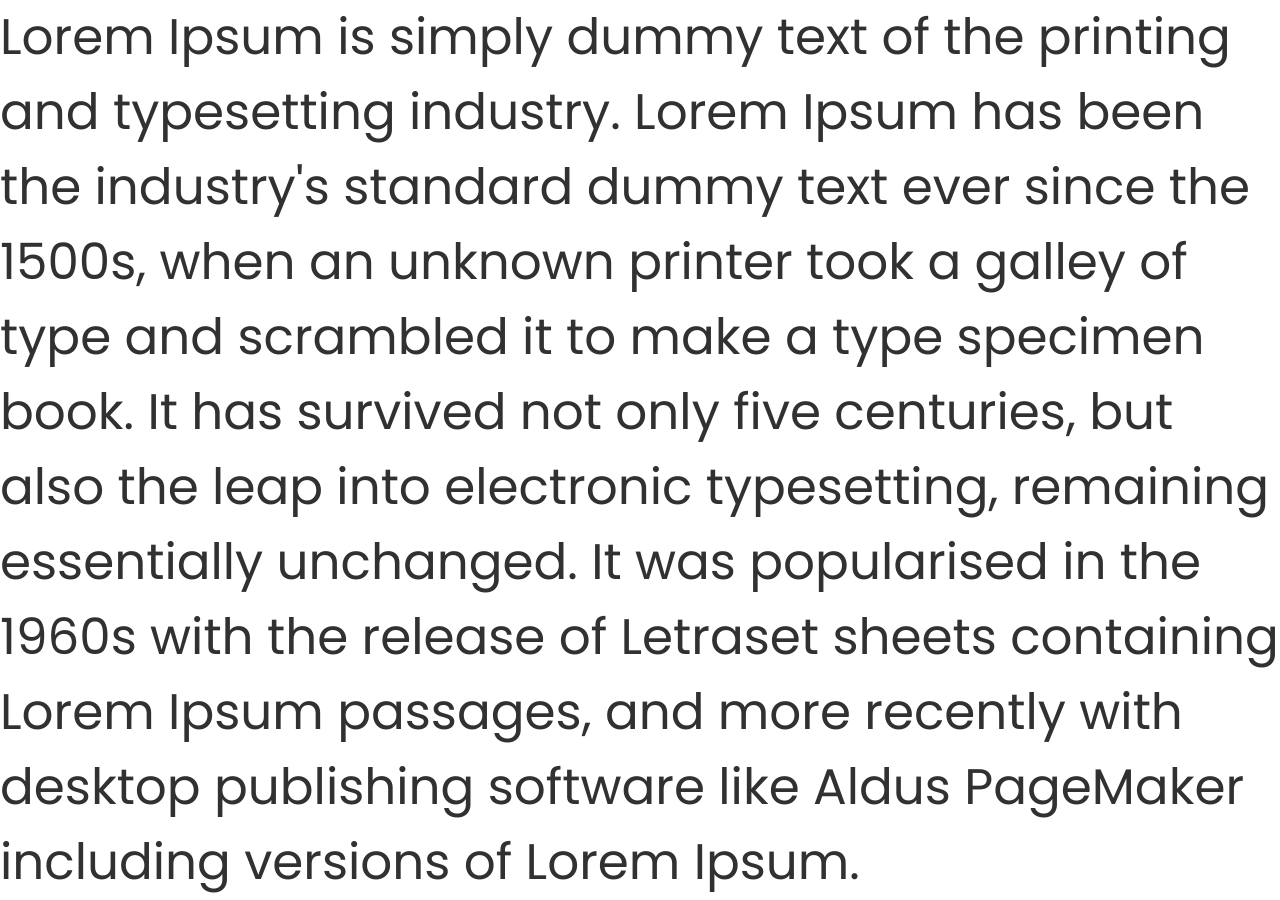
Repository: AbiezerSidonioJoseOdanacaJunior/projeto-travelgram
Page: index.html
An editor plug-in stored every save of this project. The page is shown before and after the next save, followed by the edit.
The browser window is 1280 px wide. The pictures show the whole page.
Some web fonts or font styles are not loaded; a fallback is used.

Above is the page before, as saved 2024-11-12 15:40:27.

### index.html
<!DOCTYPE html>
<html lang="pt-br">
<head>
    <meta charset="UTF-8">
    <meta name="viewport" content="width=device-width, initial-scale=1.0">
    <link rel="preconnect" href="https://fonts.googleapis.com">
    <link rel="preconnect" href="https://fonts.gstatic.com" crossorigin>
    <title>Travelgram</title>
    <link rel="stylesheet" href="styles/global.css">
    <link href="https://fonts.googleapis.com/css2?family=Alice&family=Playfair+Display:ital,wght@0,400..900;1,400..900&family=Poppins:wght@400;700&display=swap" rel="stylesheet">
</head>
<body>
    <p>Lorem Ipsum is simply dummy text of the printing and typesetting industry. Lorem Ipsum has been the industry's standard dummy text ever since the 1500s, when an unknown printer took a galley of type and scrambled it to make a type specimen book. It has survived not only five centuries, but also the leap into electronic typesetting, remaining essentially unchanged. It was popularised in the 1960s with the release of Letraset sheets containing Lorem Ipsum passages, and more recently with desktop publishing software like Aldus PageMaker including versions of Lorem Ipsum.</p>

</body>
</html>

### styles/global.css
* {
    padding: 0;
    margin: 0;
    box-sizing: border-box;
}

:root {
    --brand-clor: #EF5F4C;
    --backgoround-clor: #FFFFFF;
    --surface-color: #F5F5F5;
    --skeleton-color: #D9D9D9;
    --shape-tranparency: #ffffff90;
    --text-color-primary: #313131;
    --text-color-secondary: #6C6C6C;
    --font-family: "Poppins", sans-serif;
    --text: 16px/150% var(--font-family);
    --text-lg: bold 32px/125% var(--font-family);
    --text-md: 14px/170% var(--font-family);
    --text-sm: 12px/170% var(--font-family) ;

}

body {
    color: var(--text-color-primary);
    background-color: var(--backgoround-clor);
}

p{
    font-family: var(--font-family);
    font-size: 50px;
}

After the next save:
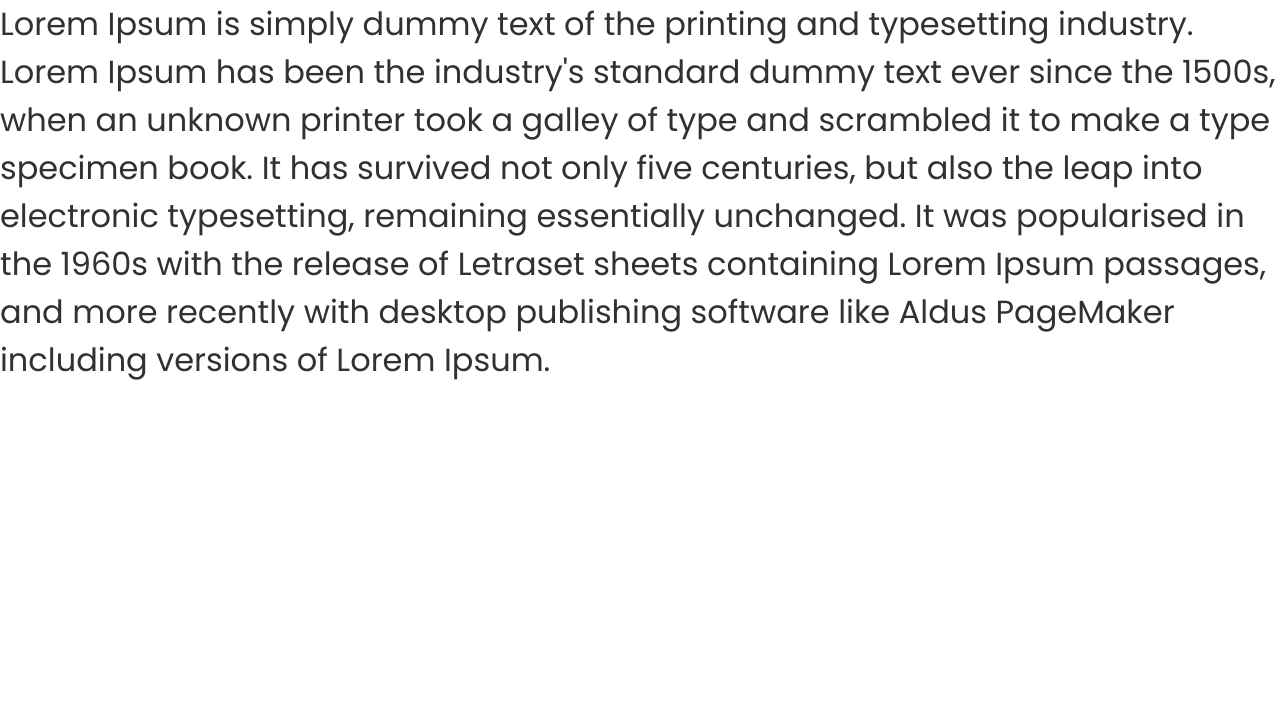
Saved 8 s later.
--- a/styles/global.css
+++ b/styles/global.css
@@ -27,5 +27,5 @@
 
 p{
     font-family: var(--font-family);
-    font-size: 50px;
+    font-size: 32px;
 }
